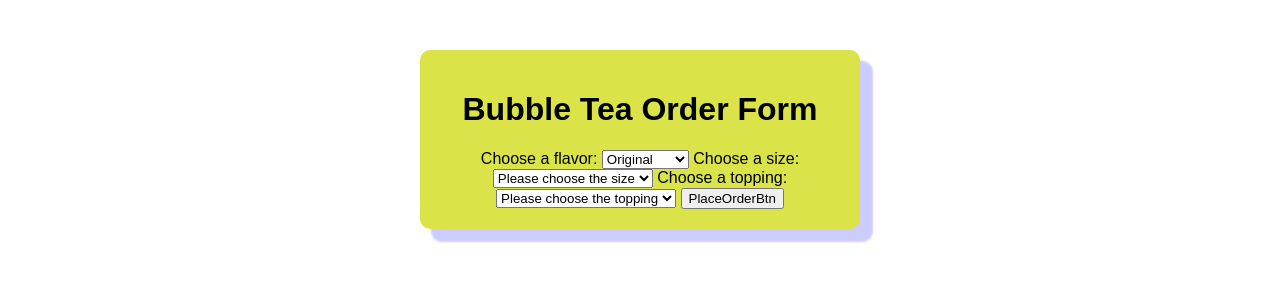
Repository: liulian26/CS5610
Page: lab3/index.html
These files come from the project's save history. The page is drawn as it stood at one moment and after the next save; the edit follows.
The browser window is 1280 px wide. The pictures show the whole page.

Above is the page before, as saved 2025-01-30 20:25:09.

### lab3/index.html
<!DOCTYPE html>
<html lang="en">
  <head>
    <meta charset="utf-8" />
    <title>Bubble Tea ordering system</title>
    <link rel="stylesheet" href="css/styles.css" />
    <script defer src="js/script.js"></script>
  </head>

  <body>
    <main>
      <form id="bubbleTeaForm">
        <h1>Bubble Tea Order Form</h1>

        <!--- choose a flavor -->
        <label for="flavor">Choose a flavor:</label>
        <select id="flavor">
          <option value="original">Original</option>
          <option value="mango">Mango</option>
          <option value="strawberry">Strawberry</option>
        </select>

        <!--- choose a size -->
        <label for="size">Choose a size:</label>
        <select id = "size">
        <option value="" disabled selected>Please choose the size</option>
          <option value="small">Small</option>
          <option value="medium">Medium</option>
          <option value="large">Large</option>
        </select>

        <!--- choose a topping -->
        <label for="topping">Choose a topping:</label>
        <select id="topping" mutiple>
            <option value="" disabled selected>Please choose the topping</option>
            <option value="boba">Boba</option>
            <option value="jelly">Jelly</option>
            <option value="pudding">Pudding</option>
        </select>

        <!-- submit the order-->
        <button type="Place Order">PlaceOrderBtn</button>

      </form>
    </main>
  </body>
</html>

### lab3/css/styles.css
body{
    background-color: white;
    font-family: Arial, sans-serif;
    text-align: center;
}

form{
    background-color: #dae448;
    max-width: 400px;
    border-radius: 10px;
    box-shadow: 12px 12px 2px 1px rgba(0, 0, 255, .2);
    padding: 20px;
    margin: 50px auto;

}

### week4/js/script.js
// let user;
// do{let user = prompt("What is your name?");
// } while (isNaN(user) === false || user.length === 1);

// console.log(typeof user);

let students = [
    {
        name: "Cristian",
        age: 30,
        location: "Vancouver"
     },
     {
        name: "James",
        age: 40,
        location: "Toronto"
     },
     {
        name: "Garry",
        age: 20,
        location: "Vancouver"
     },
];

// function that student is in Vancouver
function findstudentinvancouver() {
    let vancouverStudents = [];
    for(let i = 0; i < students.length; i++){
        if(students[i].location === "Vancouver"){
            // console.log student name lives in Vancouver
            console.log('${student[i].name} lives in  ${student[i].location}');
            vancouverStudents.push(students[i]);
            }
        }
        return vancouverStudents;
}

const returnedArray = findstudentinvancouver();
console.log(returnedArray);

After the next save:
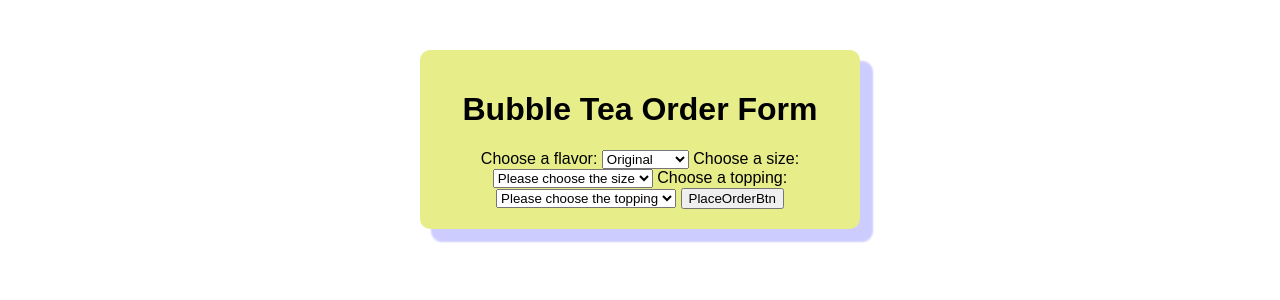
Saved 10 s later.
--- a/lab3/css/styles.css
+++ b/lab3/css/styles.css
@@ -5,7 +5,7 @@ body{
 }
 
 form{
-    background-color: #dae448;
+    background-color: #e6ed89;
     max-width: 400px;
     border-radius: 10px;
     box-shadow: 12px 12px 2px 1px rgba(0, 0, 255, .2);
